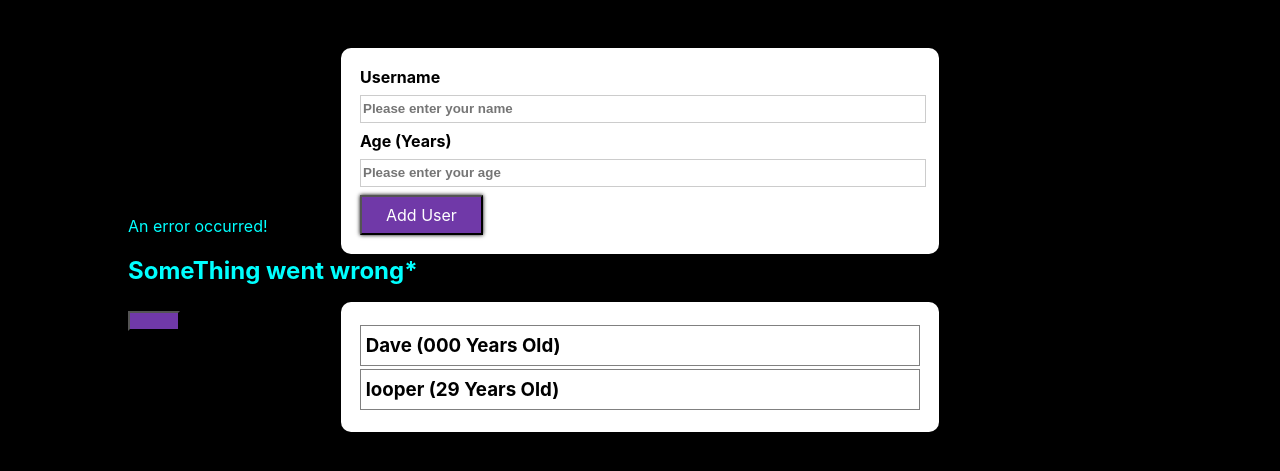
Repository: NamalPathirana/section-eight
Page: /
An editor plug-in stored every save of this project. The page is shown before and after the next save, followed by the edit.
The browser window is 1280 px wide. The pictures show the whole page.
The project was rebuilt for these pictures with package versions that can differ from the ones it lists, and the page was loaded fresh each time. Also part of the build but not shown: src/App.module.css.

Above is the page before, as saved 2021-12-04 14:04:28.

### src/index.css
body {
  margin: 0;
  padding: 0%;
  height: 100%;
  width: 100%;
  display: flex;
  flex-direction: column;
  background-color: black;
  font-family: -apple-system, BlinkMacSystemFont, 'Segoe UI', 'Roboto', 'Oxygen',
    'Ubuntu', 'Cantarell', 'Fira Sans', 'Droid Sans', 'Helvetica Neue',
    sans-serif;
  -webkit-font-smoothing: antialiased;
  -moz-osx-font-smoothing: grayscale;
}

code {
  font-family: source-code-pro, Menlo, Monaco, Consolas, 'Courier New',
    monospace;
}

### src/App.js
import styles from "./App.module.css";
import react, { useState } from "react";
import UserInput from "./Components/UserInput/UserInput";
import UserList from "./Components/UserList/UserList";
import Card from "./UI/Card/Card";

function App() {
  const [listOfEntries, SetListOfEntries] = useState([
    { key: 0, name: "Dave", age: "000" },
    { key: 1, name: "looper", age: "29" },
  ]);

  const UserEntryCallbackHandler = (props) => {
    SetListOfEntries((prevListOfEntries) => {
      const tempList = [...prevListOfEntries];
      tempList.unshift({
        key: Math.random(),
        name: props.name,
        age: props.age,
      });
      return tempList;
    });
    console.log(listOfEntries);
  };

  const entryDeletionCallback = (entryKey) => {
    SetListOfEntries((perEntry) => {
      const updatedEntries = perEntry.filter((entry) => {
        return entry.key !== entryKey;
      });
      return updatedEntries;
    });
  };

  let UserInfoSegment = <Card><h3 className={styles.block}>No Entries Exists To Display</h3></Card>;

  if (listOfEntries.length > 0) {
    UserInfoSegment = (
      <UserList
        items={listOfEntries}
        deletionHandler={entryDeletionCallback}
      ></UserList>
    );
  }

  return (
    <div className="App">
      <section>
        <UserInput onUserEntry={UserEntryCallbackHandler}></UserInput>
      </section>
      <section>
      {UserInfoSegment}
      </section>
    </div>
  );
}

export default App;

### src/Components/UserInput/UserInput.js
import Button from "../../UI/Button/Button";
import styles from "./UserInput.module.css";
import { useState } from "react";
import Card from "../../UI/Card/Card";
import ErrorModal from "../../UI/ErrorModal/ErrorModal";

const UserInput = (props) => {
  const userEntry = { key: 0, name: "lol", age: "25" };

  const [username, SetUserName] = useState("");
  const [age, SetAge] = useState("");
  const [isValid, SetIsValid] = useState(true);

  const NameInputHandler = (props) => {
    SetUserName(props.target.value);

    if (props.target.value.length > 0) {
      SetIsValid(true);
    }
    // console.log('[UserInput.js / userName : ]'+username)
  };

  const AgeInputHandler = (props) => {
    SetAge(props.target.value);
    if (props.target.value.length > 0) {
      SetIsValid(true);
    }
    // console.log('[UserInput.js / userName : ]'+age);
  };

  const FormSubmitHandler = (event) => {
    event.preventDefault();

    if (username.length === 0) {
      SetIsValid(false);
      return;
    }
    if(+age<1){
        SetIsValid(false);
        return;
    }

    userEntry.key = Math.random();
    userEntry.name = username;
    userEntry.age = age;

    props.onUserEntry(userEntry);

    SetUserName("");
    SetAge("");
  };

  return (
    <div>
    <ErrorModal title="An error occurred!" message='SomeThing went wrong*'></ErrorModal>
    <Card>
      <form onSubmit={FormSubmitHandler}>
        <div className={styles.frame}>
          <label className={`${!isValid ? styles.inValid : ""}`}>
            Username
          </label>
          <input
            placeholder="Please enter your name"
            type="text"
            onChange={NameInputHandler}
            className={!isValid ? styles.inValid : ""}
            value={username}
          />
          <label className={`${!isValid ? styles.inValid : ""}`}>
            Age (Years)
          </label>
          <input
            placeholder="Please enter your age"
            type="number"
            max="120"
            maxLength="2"
            min="12"
            onChange={AgeInputHandler}
            value={age}
            className={`${!isValid ? styles.inValid : ""}`}
          />
          <Button name="Add User" type="submit"></Button>
        </div>
      </form>
    </Card>
    </div>
  );
};

export default UserInput;

### src/Components/UserList/UserList.js
import styles from './UserList.module.css';
import UserListItem from '../UserListItem/UserListItem'
import Card from '../../UI/Card/Card';


const UserList = (props) => {

    const listUserItems = props.items.map(row=>{
        return  <UserListItem key={row.key} name={row.name} age={row.age} clicked={()=>{props.deletionHandler(row.key)}}/>;
    });

    return(
        <Card>
        <div className={styles.frame}>
           {listUserItems}
        </div>
        </Card>
    );
}

export default UserList;

### src/UI/Card/Card.js
import styles from './Card.module.css';

const Card = (props) => {

    return (<div className={props.className===undefined?styles.card:props.className}>
        {props.children}
    </div>);

}

export default Card;

### src/UI/Button/Button.js
import styles from "./Button.module.css";

const Button = (props) => {
  return <button className={styles.button} type={props.type || 'button'}>{props.name}</button>;
};

export default Button;

### src/Components/UserInput/UserInput.module.css
.frame{

}

.frame input{
    display: block;
    font-weight: bold;
    border: 1px solid #ccc;
    line-height: 1.5rem;
    padding: 100 0.25rm;
    width: 100%;
    margin-bottom: 0.5rem;
}

.frame input:hover{
    border: 1px solid rgb(49, 45, 45);
}

label.inValid {
    color: red;
}

input.inValid {
    background-color: rgb(233, 161, 161);
    border: 1px solid red;
 }

.frame label{
    display: block;
    align-content: flex-start;
    font-weight: bold;
    margin-bottom: 0.5rem;
}

### src/UI/ErrorModal/ErrorModal.js
import styles from "./ErrorModal.module.css";
import Card from "../Card/Card";
import Button from "../Button/Button"

const ErrorModal = (props) => {
  return (
    <Card className={styles.modal}>
      <header className={styles.header} >{props.title}</header>
      <h2 className={styles.message}>{props.message}</h2>
      <footer className={styles.footer}><Button>Close</Button></footer>
    </Card>
  );
};

export default ErrorModal;

### src/Components/UserList/UserList.module.css
.frame{

}

### src/Components/UserListItem/UserListItem.js
import styles from './UserListItem.module.css';


const UserListItem = (props) => {

    return(
        <div className={styles.list_item} onClick={props.clicked}>
            <h3>{props.name} ({props.age} Years Old)</h3>
        </div>
    );
}

export default UserListItem;

### src/UI/Card/Card.module.css
.card{
    margin: 0.5rem 0.5rem;
    padding: 1.2rem 1.2rem;
    width: 35rem;
    max-width: 90%;
    margin: 3rem auto;
    background-color: white;
    border-radius: 10px;
}

### src/UI/Button/Button.module.css
.button{
    font: inherit;
    padding: 0.5rem 1.5rem;
    background-color: rgb(112, 57, 168);
    color:white;
    box-shadow: 0 0 4px black;
    cursor: pointer;
    width: auto;
}

.button:focus{
    outline: none;
}

.button:hover,.button:active{
    background-color: rgb(185, 140, 231);
    border-color: rgb(185, 140, 231);
    box-shadow: 0 0 8px black;
}

### src/UI/ErrorModal/ErrorModal.module.css
.modal{
    position: fixed;
    top:30vh;
    left: 10%;
    width: 80%;
    z-index: 100;
    color: aqua;
    overflow: hidden;
}

### src/Components/UserListItem/UserListItem.module.css
.list_item{
    border: 1px solid gray;
    display: block;
    padding: 0.5rem 0.3rem;
    margin: 3px 0px;

}

.list_item:hover{
    background-color: antiquewhite;
}

.list_item:active{
    background-color: rgb(251, 199, 199);
}


.list_item h3{
    margin: 0px;
}

Loaded but not shown: public/index.html (common file); src/index.js (common file); src/reportWebVitals.js (common file)

After the next save:
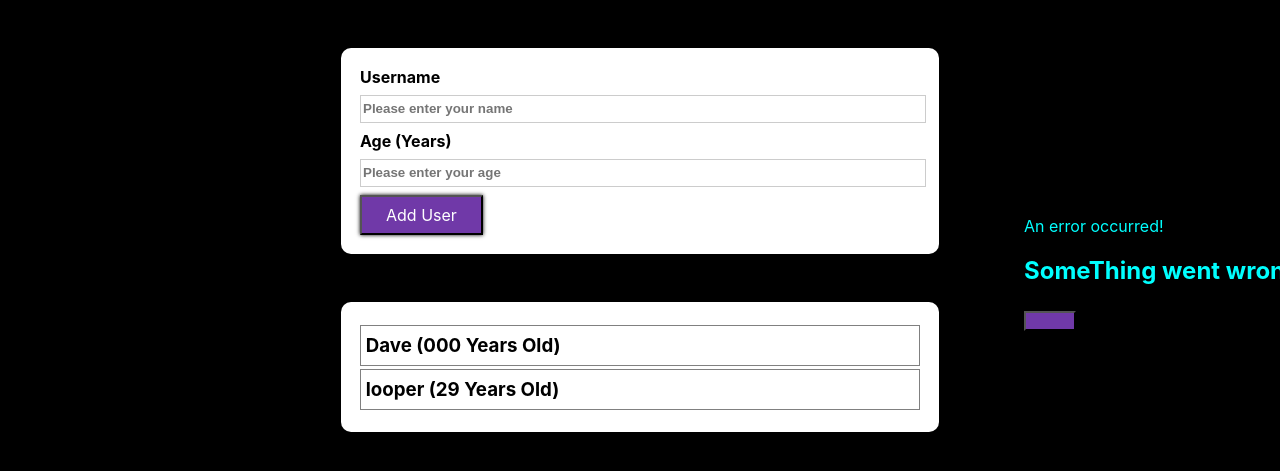
Saved 74 s later.
--- a/src/UI/ErrorModal/ErrorModal.module.css
+++ b/src/UI/ErrorModal/ErrorModal.module.css
@@ -1,7 +1,7 @@
 .modal{
     position: fixed;
     top:30vh;
-    left: 10%;
+    left: 80%;
     width: 80%;
     z-index: 100;
     color: aqua;

After the save that followed:
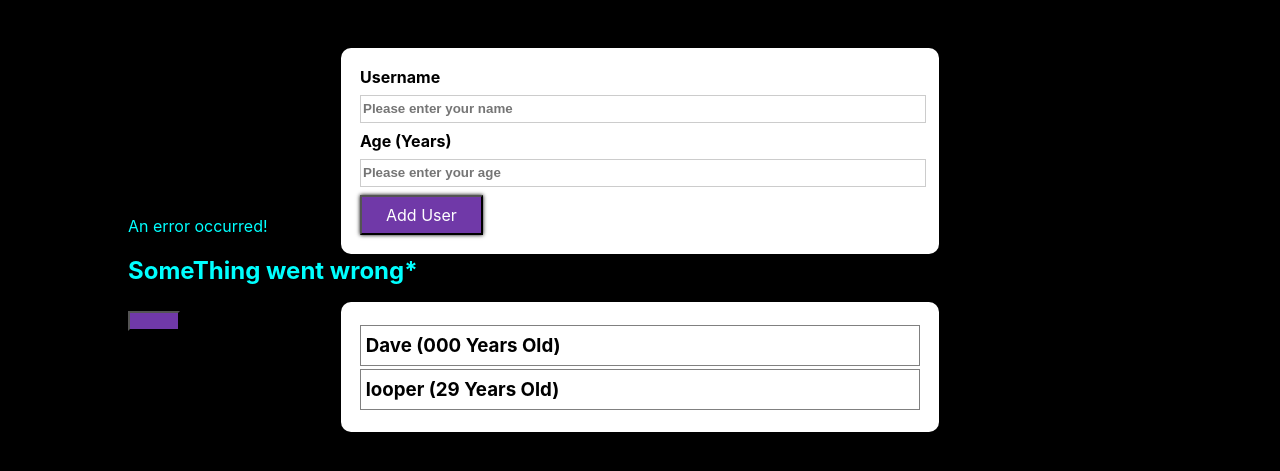
Saved 4 s later.
--- a/src/UI/ErrorModal/ErrorModal.module.css
+++ b/src/UI/ErrorModal/ErrorModal.module.css
@@ -1,7 +1,7 @@
 .modal{
     position: fixed;
     top:30vh;
-    left: 80%;
+    left: 10%;
     width: 80%;
     z-index: 100;
     color: aqua;
